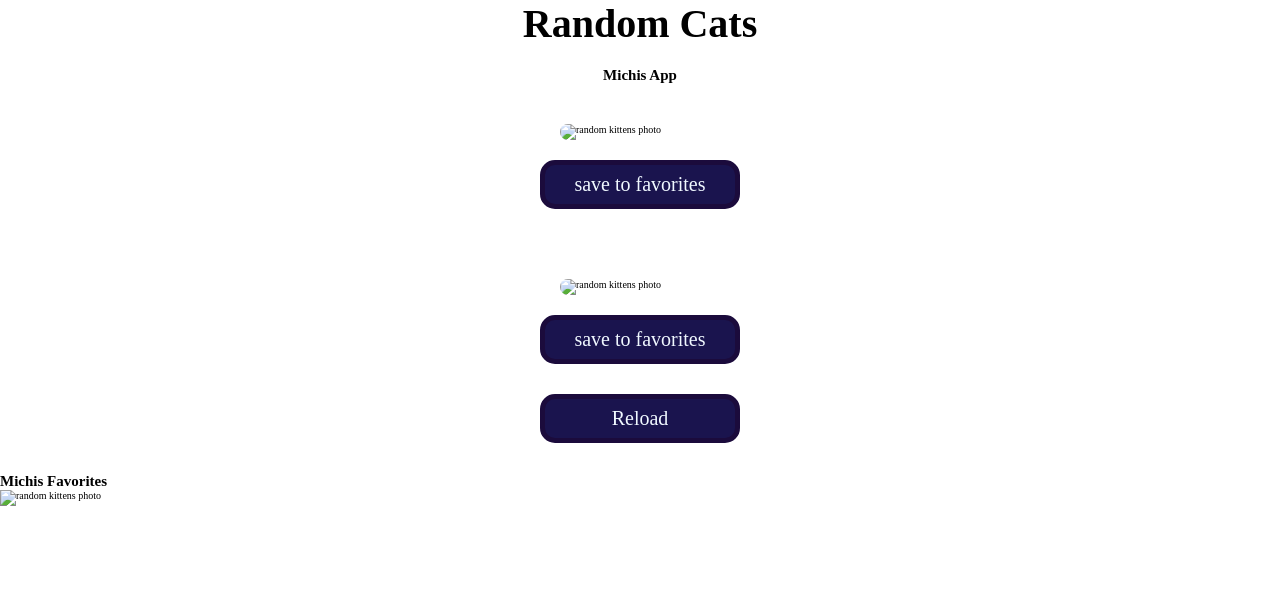
Repository: elto82/ConsumoAPIRESTjs
Page: index.html
The author's editor kept a copy of each file at every save. The page is drawn from the files as they stood at one save, then again after the next save.
The browser window is 1280 px wide. The pictures show the whole page.
The page's requests for data from a server got no answer.

Above is the page before, as saved 2022-07-03 14:43:03.

After the next save:
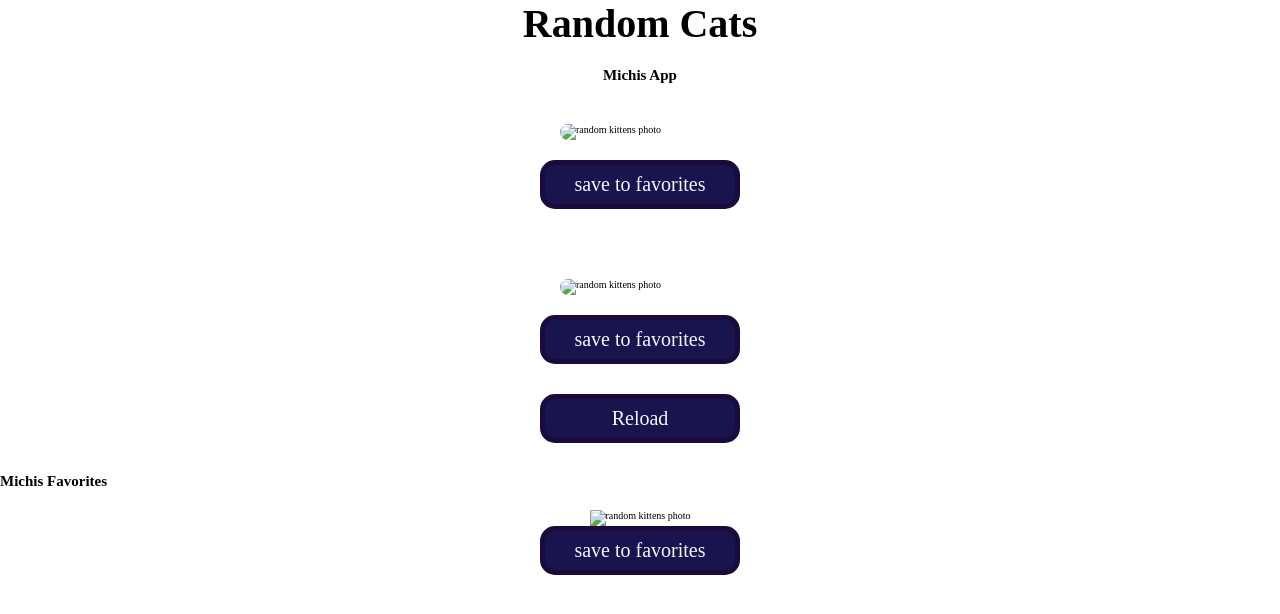
Saved 2 min 1 s later.
--- a/index.html
+++ b/index.html
@@ -36,7 +36,12 @@
   </section>
   <section id="favoritesMichis">
     <h2>Michis Favorites</h2>
-    <img id="img1" alt="random kittens photo" class="image">
+    <article>
+      <img id="img1" alt="random kittens photo" class="image">
+      <button class="random-cat-button" onclick="saveFavoriteMichis()">
+        save to favorites
+      </button>
+    </article>
   </section>
   <script src="./main.js"></script>
 </body>
